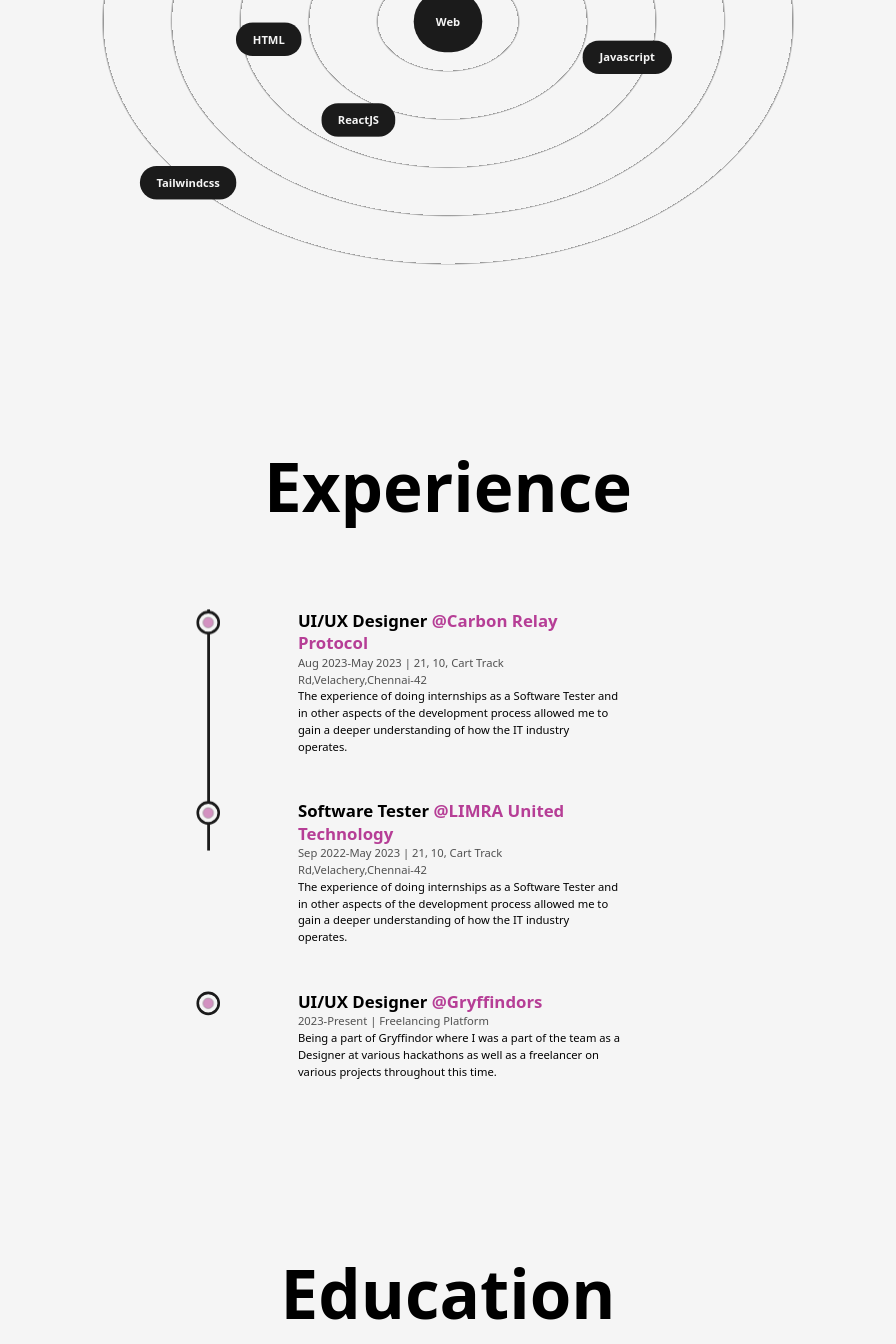
Repository: SMaheshwaran/PP
Page: /about
These files come from the project's save history. The page is drawn as it stood at one moment and after the next save; the edit follows.
The browser window is 1280 px wide. The pictures show the part of the page from y = 1571 to 3491 px (the page is 5364 px tall), at 70% of full size.
The project was rebuilt for these pictures with package versions that can differ from the ones it lists, and the page was loaded fresh each time. The framework's server and built-in components were replaced by stand-ins that run in the browser. Also part of the build but not shown: next.config.js.

Above is the page before, as saved 2023-11-01 14:09:48.

After the next save:
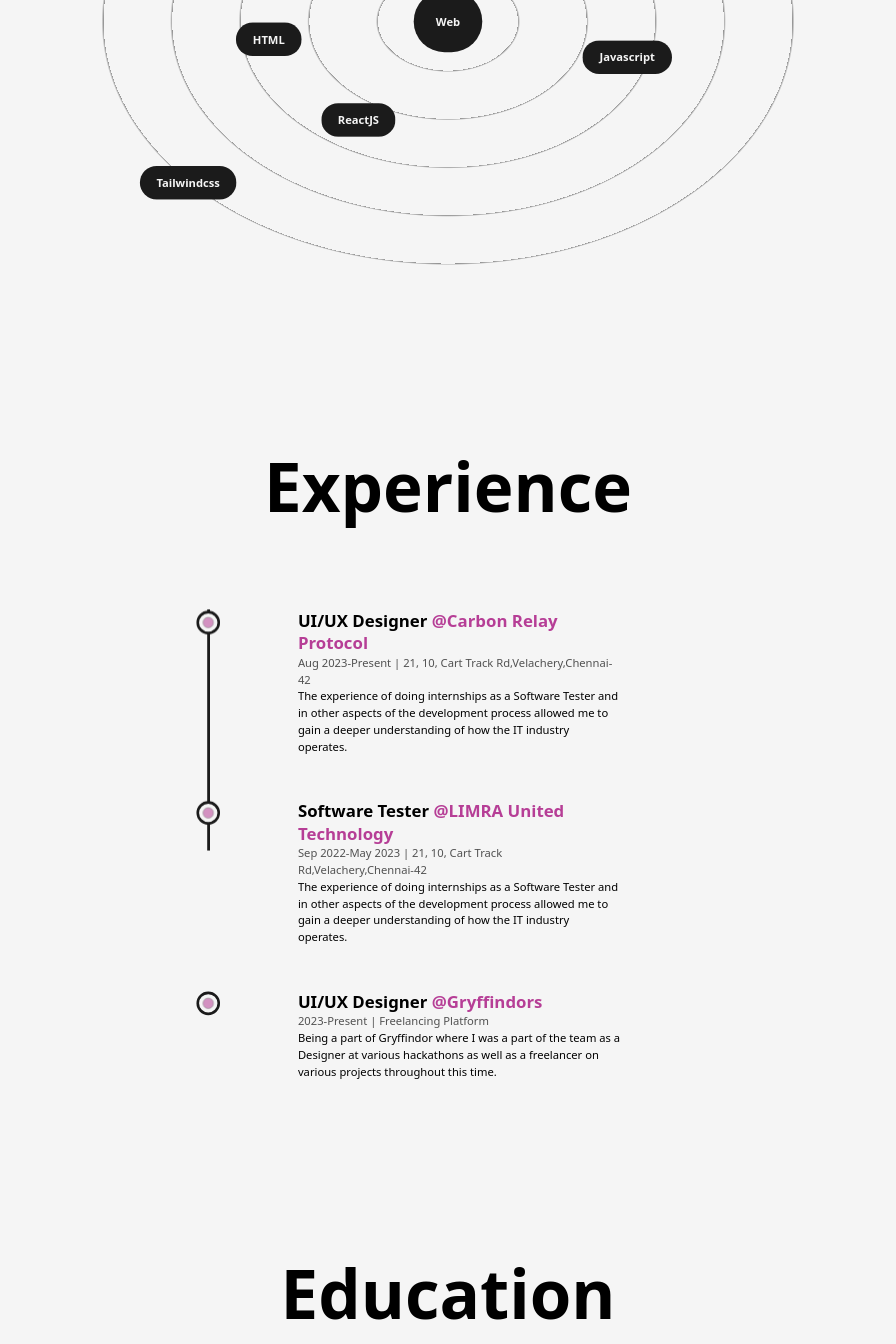
Saved 8 s later.
--- a/src/components/Experience.js
+++ b/src/components/Experience.js
@@ -60,7 +60,7 @@ md:w-[2px] md:left-[35px] xs:left-[33px]
             position="UI/UX Designer"
             company="Carbon Relay Protocol"
             commpanyLink="https://www.linkedin.com/company/limraunited/mycompany/"
-            time="Aug 2023-May 2023"
+            time="Aug 2023-Present"
             address="21, 10, Cart Track Rd,Velachery,Chennai-42"
             work="The experience of doing internships as a Software Tester and in other aspects of the development process allowed me to gain a deeper understanding of how the IT industry operates."
             />
